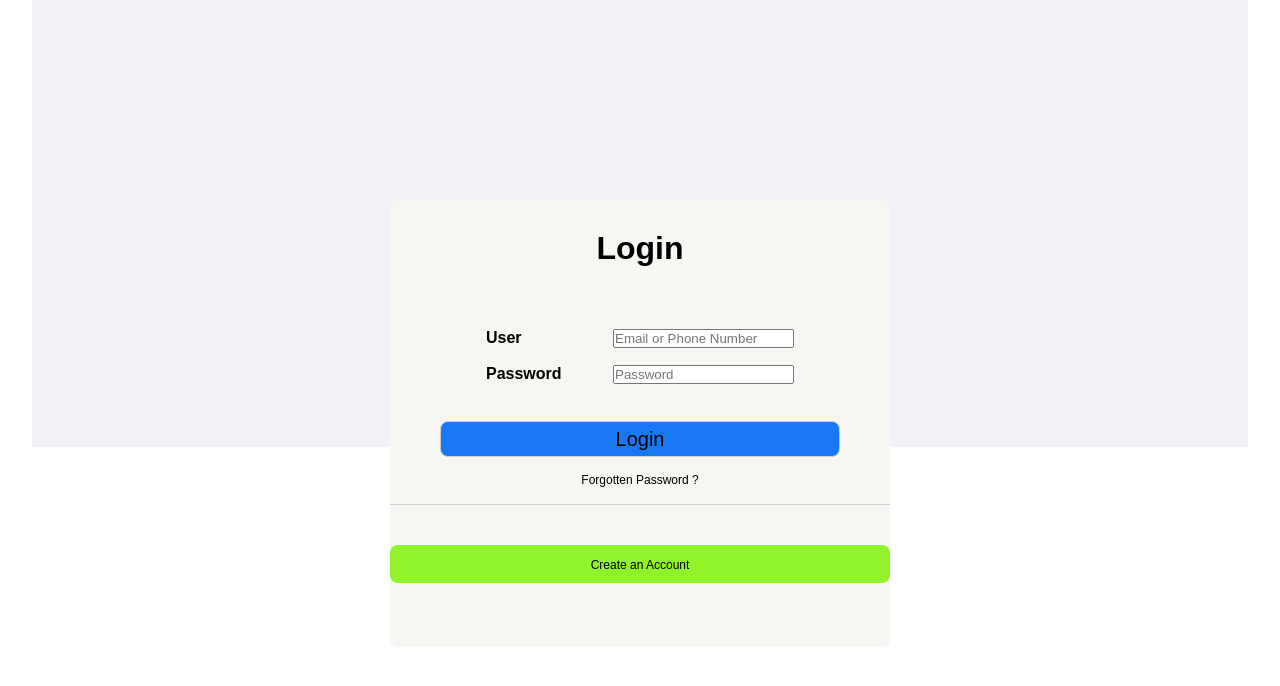
Repository: Naohonproject/web101x02_asm1
Page: login.html
An editor plug-in stored every save of this project. The page is shown before and after the next save, followed by the edit.
The browser window is 1280 px wide. The pictures show the whole page.

Above is the page before, as saved 2022-01-16 00:44:57.

After the next save:
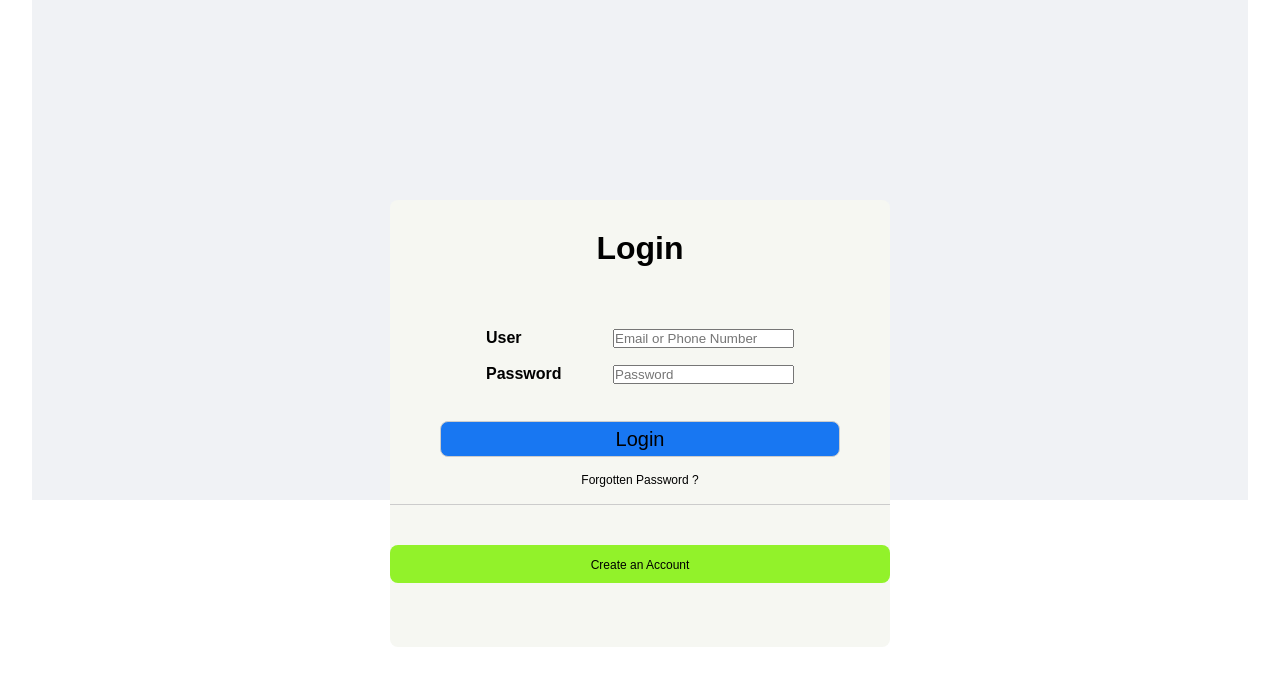
Saved 14 s later.
--- a/assets/css/style.css
+++ b/assets/css/style.css
@@ -185,7 +185,7 @@
 
 .container {
 	background-color: #f0f2f5;
-	height: auto;
+	height: 500px;
 }
 .form-wrapper {
 	width: 500px;

After the 2 saves that followed:
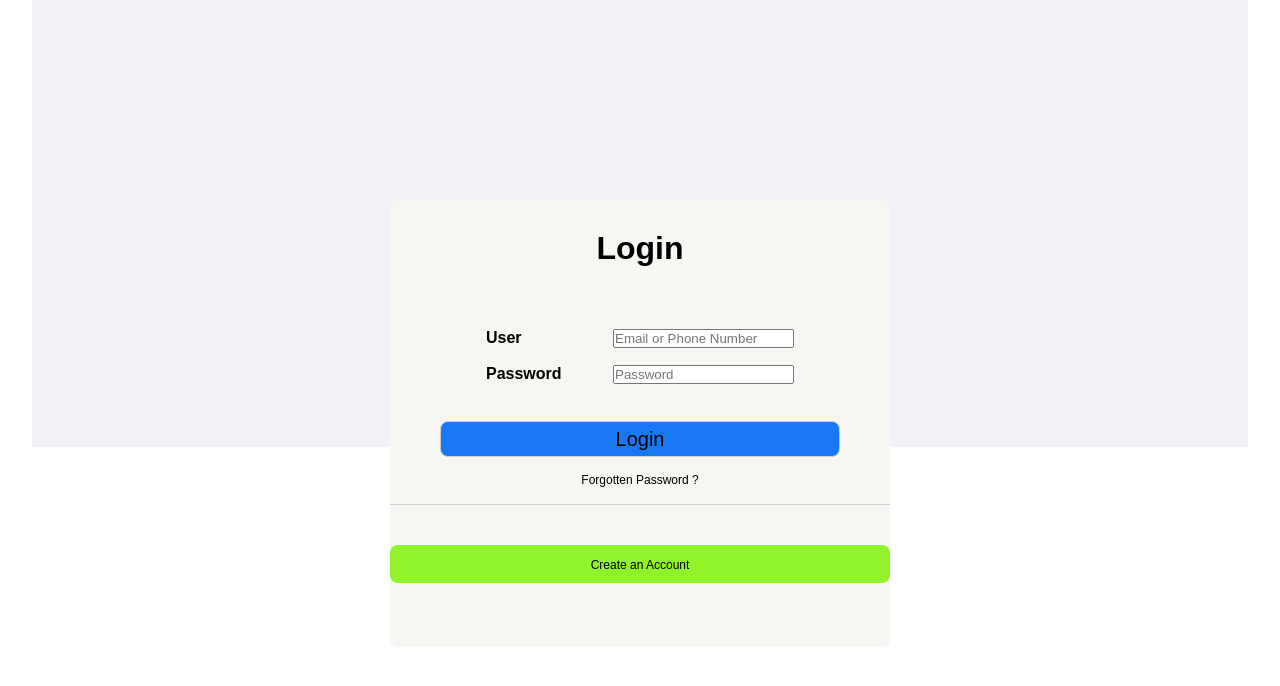
The 2 saves are shown as one change because they came seconds apart.
The last was saved 7 s later.
--- a/assets/css/style.css
+++ b/assets/css/style.css
@@ -185,7 +185,6 @@
 
 .container {
 	background-color: #f0f2f5;
-	height: 500px;
 }
 .form-wrapper {
 	width: 500px;
